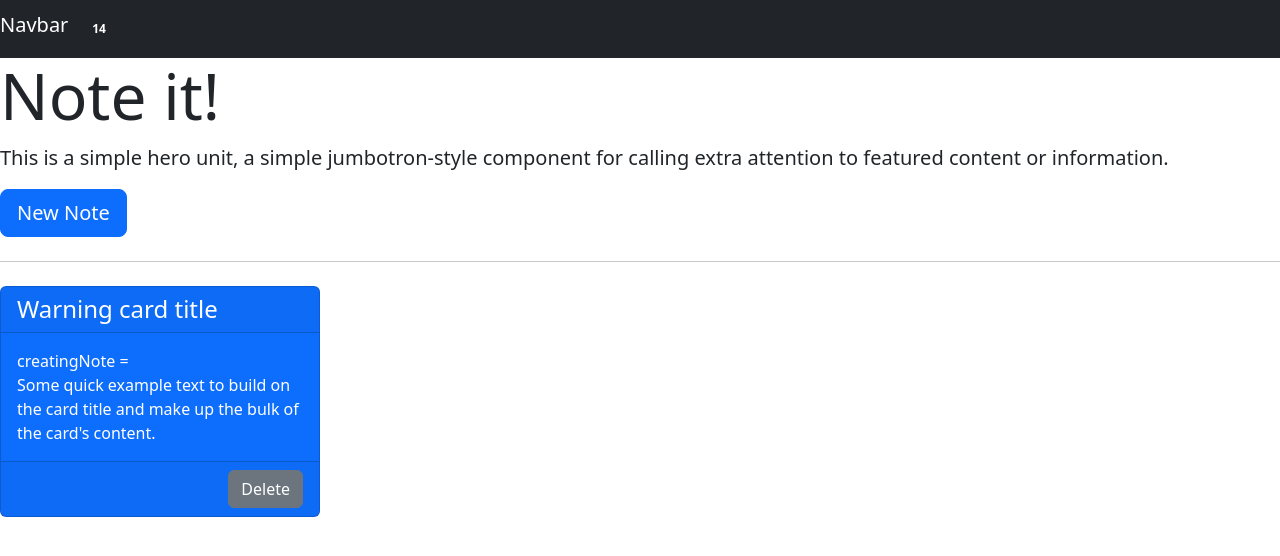
Repository: hasmelash/gitskill
Page: /
These files come from the project's save history. The page is drawn as it stood at one moment and after the next save; the edit follows.
The browser window is 1280 px wide. The pictures show the whole page.
The project was rebuilt for these pictures with package versions that can differ from the ones it lists, and the page was loaded fresh each time. Also part of the build but not shown: src/App.css.

Above is the page before, as saved 2019-08-30 01:22:49.

### src/App.js
import React from 'react';
import './App.css';
import Navbar from './NavBarComponent/NavBarComponent';
import Notes from './NotesComponent/NotesComponent';
import 'bootstrap/dist/css/bootstrap.min.css';
import 'bootstrap/dist/js/bootstrap.bundle.min';

;class App extends React.Component {
  render(){
      return (
          <div>
            <Navbar />
            <Notes />
          </div>
      );
   }
}

export default App;

### src/NavBarComponent/NavBarComponent.js
import React from 'react';
import NoteCounter from '../NoteCounterComponent/NoteCounterComponent';
import 'bootstrap/dist/css/bootstrap.min.css';
import 'bootstrap/dist/js/bootstrap.bundle.min';
class Navbar extends React.Component{
    render(){
        return (
            <nav class="navbar navbar-expand-lg navbar-dark bg-dark">
                <h1 class="navbar-brand" >Navbar</h1>
                <NoteCounter class="container" style={{float: 'right'}}/>
            </nav>
        );
    }
}
export default Navbar;

### src/NotesComponent/NotesComponent.js

import React from 'react';
import 'bootstrap/dist/css/bootstrap.min.css';
import 'bootstrap/dist/js/bootstrap.bundle.min';
import Note from '../NoteComponent/NoteComponent';
class Notes extends React.Component{

    // constructor(props) {
    //     super(props);
    // };

    state = {
        notes: [
            {title: "Work", note_description: "this is about work"},
            {title: "Sport", note_description: "this is about sport"},
            {title: "School", note_description: "this is about school"}
        ]
    };

    addNote(note){
        this.state.notes.push(note);
    }

    removeNote(note){
        this.state.notes.pop(note);
    }

    onAddNoteButtonClick = () =>{
        this.child.createNote();
    }


    render(){
        return (

            <div className="jumbotron">

                <h1 className="display-3">Note it!</h1>
                <p className="lead">This is a simple hero unit, a simple jumbotron-style component for calling extra attention to featured content or information.</p>
                <p className="lead">
                    <button className="btn btn-primary btn-lg" onClick={this.onAddNoteButtonClick}>New Note</button>
                </p>
                <hr className="my-4"/>
                <Note
                    ref={Ref => this.child=Ref } {...this.props}
                    addingNote={this.addNote}
                    removingNote={this.removeNote}
                />
            </div>
        );
    }
}
export default Notes;

### src/NoteCounterComponent/NoteCounterComponent.js
import React from 'react';
import 'bootstrap/dist/css/bootstrap.min.css';
import 'bootstrap/dist/js/bootstrap.bundle.min';
function NoteCounter(props){

        return (
                    <span class="badge badge-primary badge-pill">14</span>
        );

}
export default NoteCounter;

### src/NoteComponent/NoteComponent.js

import React from 'react';
import 'bootstrap/dist/css/bootstrap.min.css';
import 'bootstrap/dist/js/bootstrap.bundle.min';
class Note extends React.Component{


    createNote(){
        let newNote= {
            title: 'New Note',
            note_description: 'type your note here'
        }
        this.props.addNote(newNote);

    }

    deleteNote(note){
        this.props.removeNote(note);
    }

    render(){
        return (
            <div class="card text-white bg-primary mb-3" style={{maxWidth: '20rem'}}>
                <h4 class="card-header">Warning card title</h4>
                    <div class="card-body">
                        creatingNote ={this.createNote}
                        <p class="card-text">Some quick example text to build on the card title and make up the bulk of the card's content.</p>
                    </div>
                <div class="card-footer">
                    <button type="button" class="btn btn-secondary" data-dismiss="modal" style={{float: 'right'}}>Delete</button>
                </div>
            </div>

        );
    }
}
export default Note;

Loaded but not shown: public/index.html (common file); src/index.js (common file); src/index.css (common file); src/serviceWorker.js (common file)

After the next save:
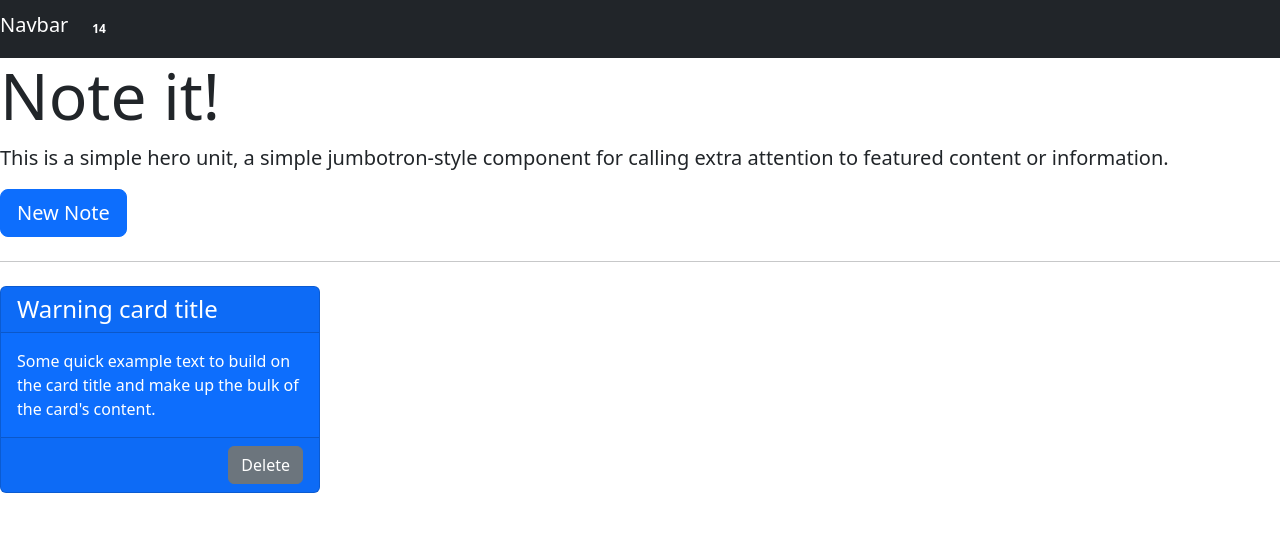
Saved 72 s later.
--- a/src/NoteComponent/NoteComponent.js
+++ b/src/NoteComponent/NoteComponent.js
@@ -4,6 +4,9 @@ import 'bootstrap/dist/css/bootstrap.min.css';
 import 'bootstrap/dist/js/bootstrap.bundle.min';
 class Note extends React.Component{
 
+    constructor(props){
+        super(props);
+    };
 
     createNote(){
         let newNote= {
@@ -20,10 +23,11 @@ class Note extends React.Component{
 
     render(){
         return (
+
             <div class="card text-white bg-primary mb-3" style={{maxWidth: '20rem'}}>
                 <h4 class="card-header">Warning card title</h4>
                     <div class="card-body">
-                        creatingNote ={this.createNote}
+
                         <p class="card-text">Some quick example text to build on the card title and make up the bulk of the card's content.</p>
                     </div>
                 <div class="card-footer">
